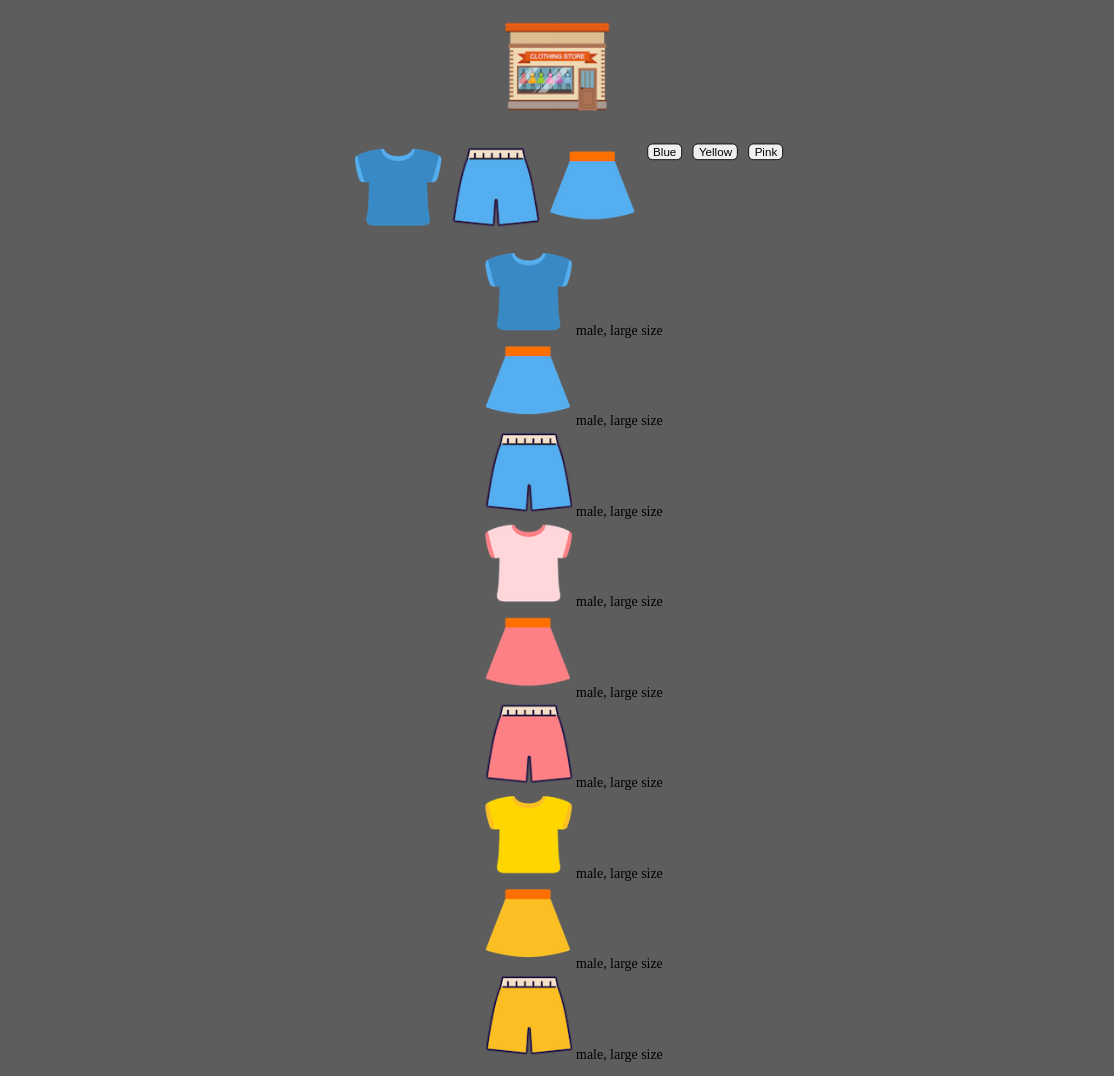
Repository: keehoonjung/Shoppingmall-Game
Page: index.html
The author's editor kept a copy of each file at every save. The page is drawn from the files as they stood at one save, then again after a run of saves.
The browser window is 1280 px wide. The pictures show the whole page, at 87% of full size.

Above is the page before, as saved 2021-08-12 13:32:16.

### index.html
<!DOCTYPE html>
<html lang="en">
<head>
    <meta charset="UTF-8">
    <meta http-equiv="X-UA-Compatible" content="IE=edge">
    <meta name="viewport" content="width=device-width, initial-scale=1.0">
    <title>Shoppingamll Game</title>
    <link rel="stylesheet" href="style.css">
    <script src="main.js" defer></script>
</head>
<body>
    <header>
        <img src="./imgs/logo.png" alt="header" class="header__logo">
    </header>
    <ul class="filter">
        <li class="filter__btn">
            <img src="./imgs/blue_t.png" alt="shirt" class="shirt">
        </li>
        <li class="filter__btn">
            <img src="./imgs/blue_p.png" alt="pants" class="pants">
        </li>
        <li class="filter__btn">
            <img src="./imgs/blue_s.png" alt="" class="skirts">
        </li>
        <li class="filter__btn">
            <button class="blue">
                Blue
            </button>
        </li>
        <li class="filter__btn">
            <button class="yellow">
                Yellow
            </button>
        </li>
        <li class="filter__btn">
            <button class="pink">
                Pink
            </button>
        </li>
    </ul>
    <ul class="items">
        <li class="item">
            <img src="./imgs/blue_t.png" alt="blueshirt">
            <span>male, large size</span>
        </li>
        <li class="item">
            <img src="./imgs/blue_s.png" alt="blueshirt">
            <span>male, large size</span>
        </li>
        <li class="item">
            <img src="./imgs/blue_p.png" alt="blueshirt">
            <span>male, large size</span>
        </li>
        <li class="item">
            <img src="./imgs/pink_t.png" alt="blueshirt">
            <span>male, large size</span>
        </li>
        <li class="item">
            <img src="./imgs/pink_s.png" alt="blueshirt">
            <span>male, large size</span>
        </li>
        <li class="item">
            <img src="./imgs/pink_p.png" alt="blueshirt">
            <span>male, large size</span>
        </li>
        <li class="item">
            <img src="./imgs/yellow_t.png" alt="blueshirt">
            <span>male, large size</span>
        </li>
        <li class="item">
            <img src="./imgs/yellow_s.png" alt="blueshirt">
            <span>male, large size</span>
        </li>
        <li class="item">
            <img src="./imgs/yellow_p.png" alt="blueshirt">
            <span>male, large size</span>
        </li>
    </ul>
</body>
</html>

### style.css
* {
  box-sizing: border-box;
}

body {
  background-color: rgb(94, 93, 93);
  text-align: center;
  margin: 0;
}

ul {
  list-style: none;
}

button {
  border: 1px solid black;
  border-radius: 6px;
}

header {
  margin-top: 20px;
}

.header__logo {
  width: 125px;
}

.filter {
  display: flex;
  justify-content: center;
}

.filter__btn {
  padding-right: 12px;
}

Loaded but not shown: main.js (no copy from this time; the picture is the same without it)

After the next 2 saves:
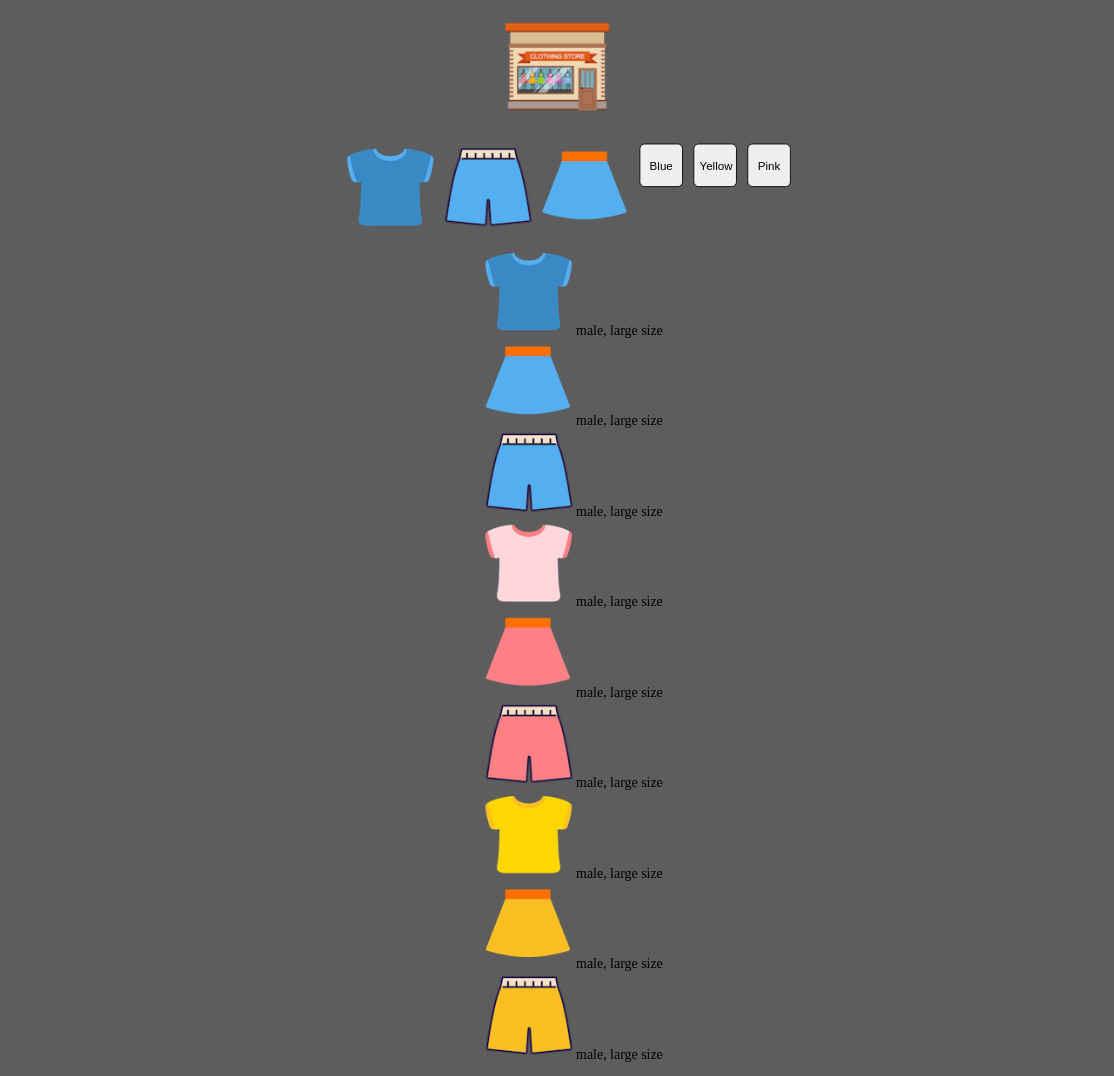
The 2 saves are shown as one change because they came seconds apart.
The last was saved 11 s later.
--- a/style.css
+++ b/style.css
@@ -15,6 +15,8 @@ ul {
 button {
   border: 1px solid black;
   border-radius: 6px;
+  width: 50px;
+  height: 50px;
 }
 
 header {
